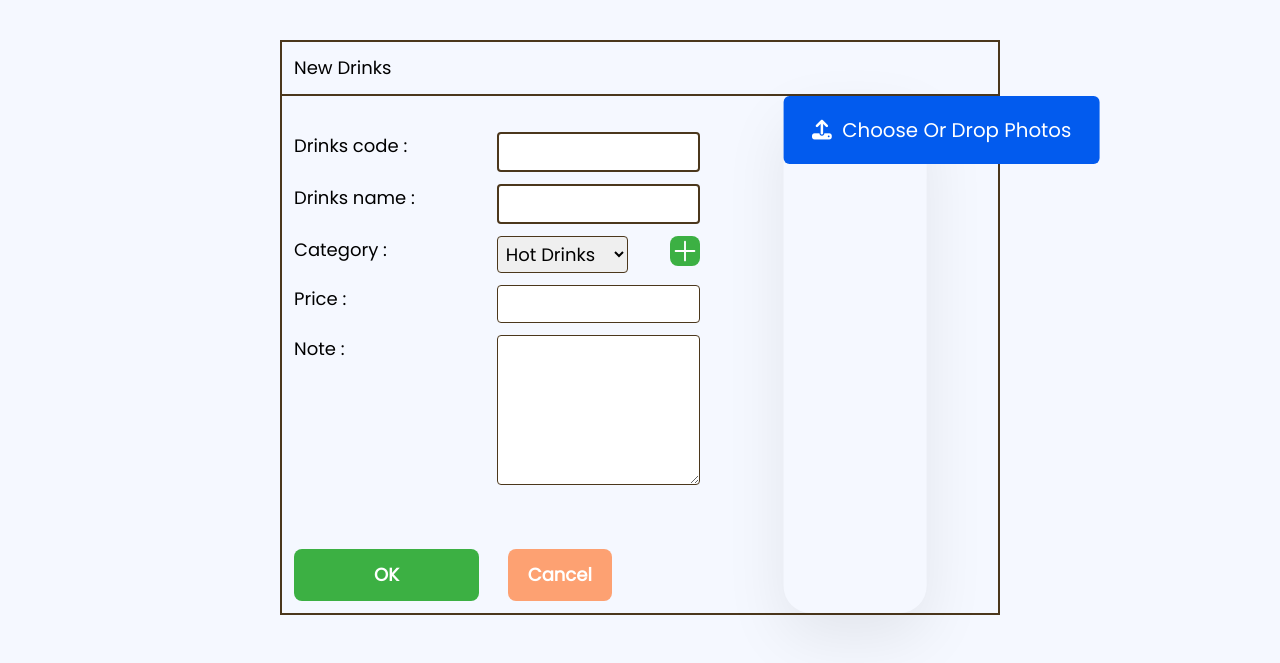
Repository: Dapravith/Midterm-SE-GIC-Cafe-Project-Group16
Page: src/main/resources/templates/addDrink.html
The author's editor kept a copy of each file at every save. The page is drawn from the files as they stood at one save, then again after the next save.
The browser window is 1280 px wide. The pictures show the whole page.
Some web libraries are served in a nearby version.

Above is the page before, as saved 2023-05-16 22:53:00.

After the next save:
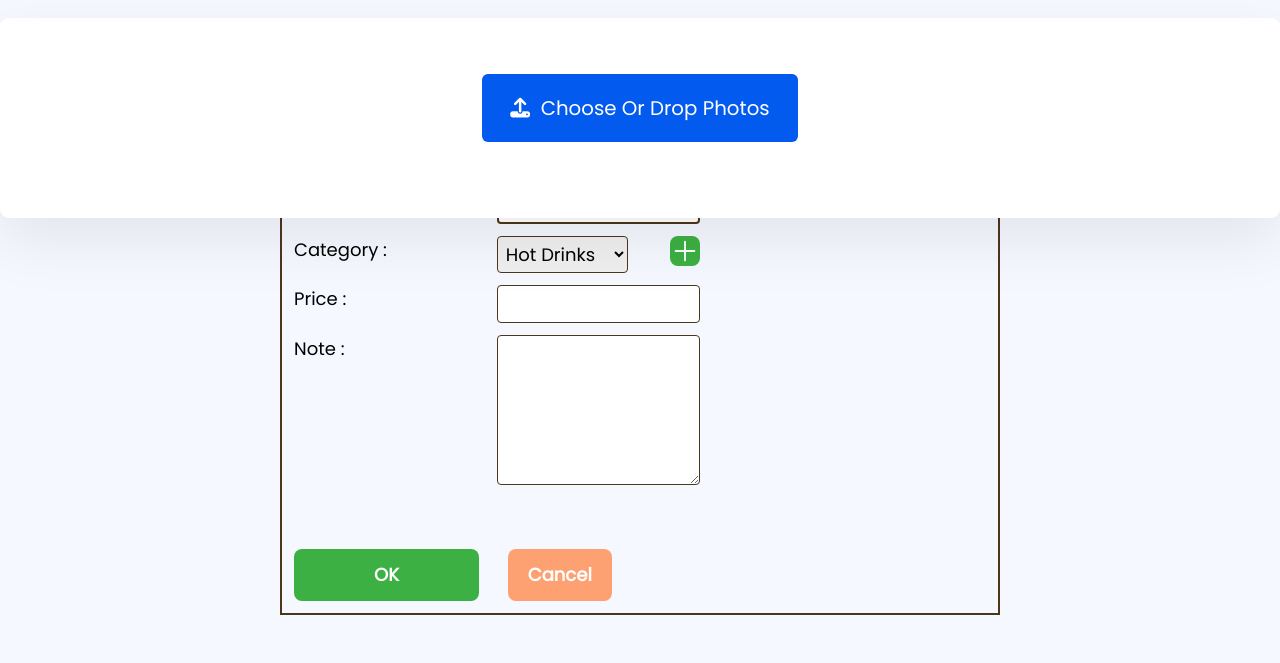
Saved 35 s later.
--- a/src/main/resources/templates/addDrink.html
+++ b/src/main/resources/templates/addDrink.html
@@ -29,13 +29,16 @@
         }
 
         .images {
-            width: 20%;
-            position: static;
-            transform: translate(50%);
+            background-color: #ffffff;
+            width: 100%;
+            min-width: 37.5em;
+            padding: 3.12em 1.87em;
+            position: absolute;
+            transform: translateX(-50%);
             left: 50%;
-            right: 50%;
-            box-shadow: 0 1.35em 3.50em rgba(0, 0, 0, 0.08);
-            border-radius: 1.5em;
+            top: 1em;
+            box-shadow: 0 1.25em 3.43em rgba(0, 0, 0, 0.08);
+            border-radius: 0.5em;
         }
 
         input[type="file"] {
